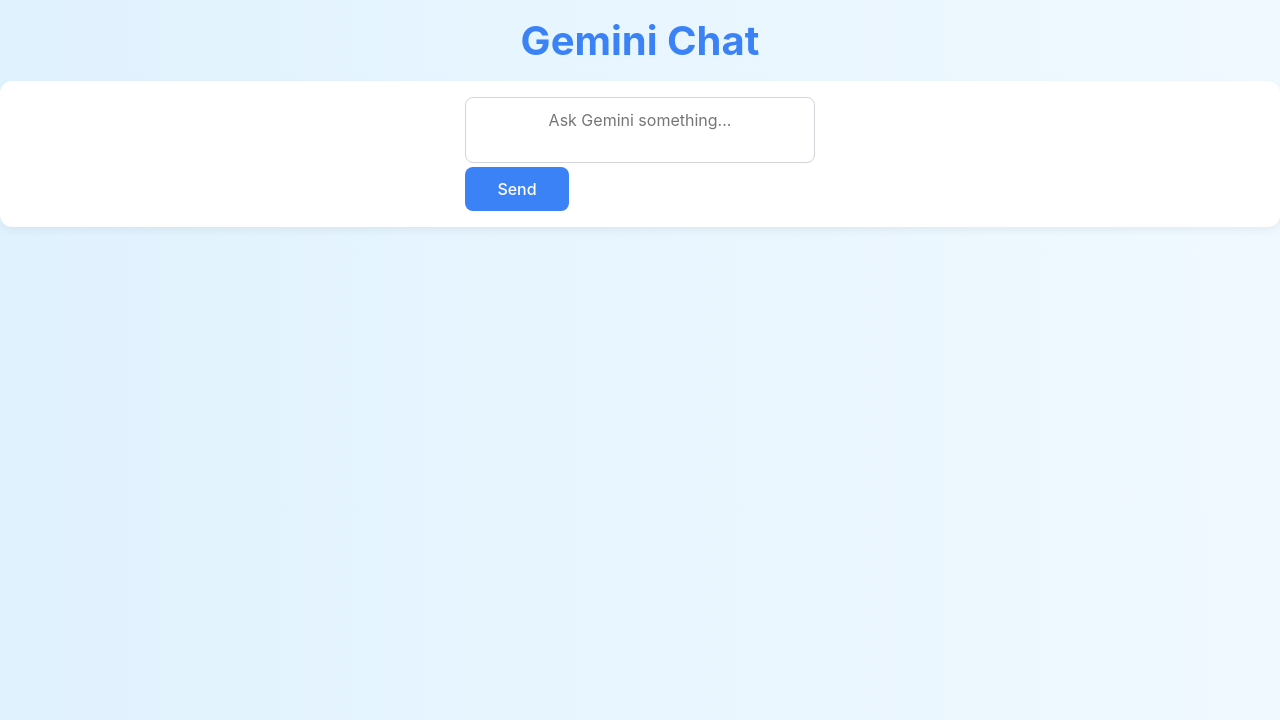
Repository: VanshJaggi12/chatbot1
Page: /
The author's editor kept a copy of each file at every save. The page is drawn from the files as they stood at one save, then again after the next save.
The browser window is 1280 px wide. The pictures show the whole page.
The project was rebuilt for these pictures with package versions that can differ from the ones it lists, and the page was loaded fresh each time. Also part of the build but not shown: vite.config.js.

Above is the page before, as saved 2026-03-11 02:18:02.

After the next save:
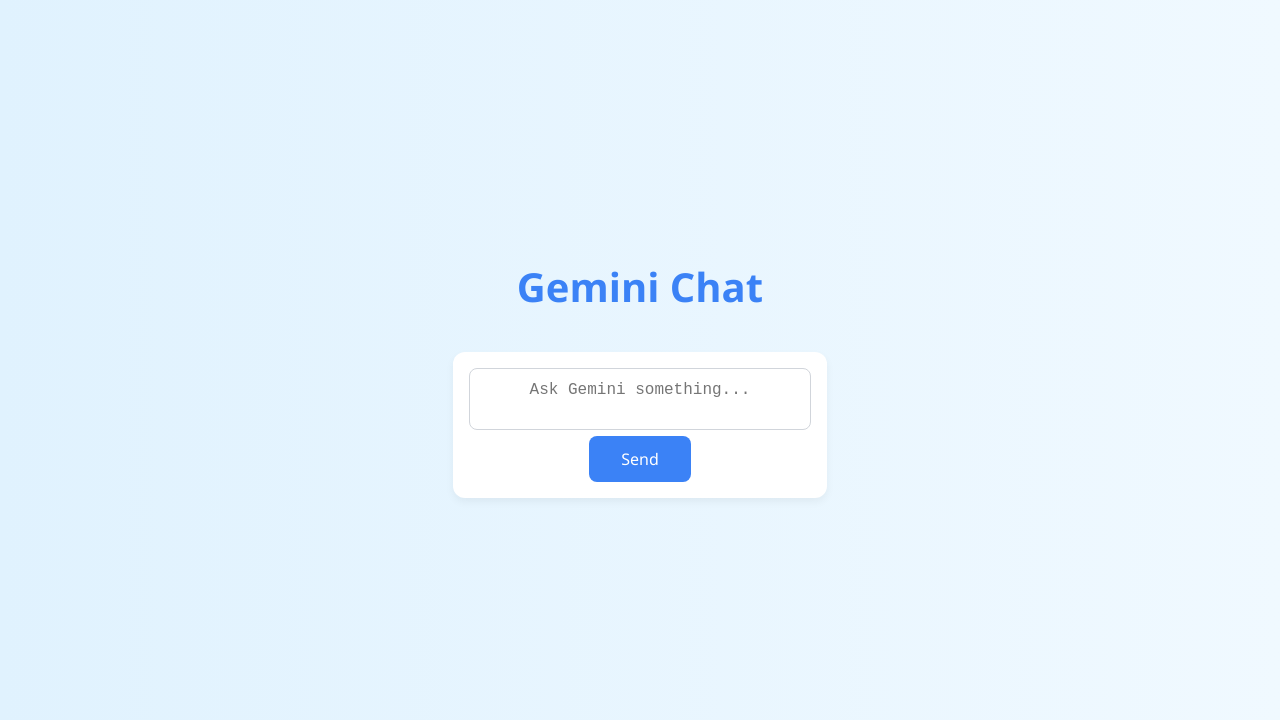
Saved 4 s later.
--- a/src/index.css
+++ b/src/index.css
@@ -1,11 +1,86 @@
-*{
-  margin:0;
-  padding:0;
-  box-sizing:border-box;
-  font-family:"Inter",sans-serif;
+/* index.css (default Vite + React setup) */
+
+#root {
+  max-width: 1280px;
+  margin: 0 auto;
+  padding: 2rem;
+  text-align: center;
 }
 
-body{
-  background:#343541;
-  color:white;
+body {
+  margin: 0;
+  font-family: Inter, system-ui, Avenir, Helvetica, Arial, sans-serif;
+  -webkit-font-smoothing: antialiased;
+  -moz-osx-font-smoothing: grayscale;
+  background-color: #f9f9f9;
+  color: #333;
 }
+
+:root {
+  font-family: system-ui, Avenir, Helvetica, Arial, sans-serif;
+  line-height: 1.5;
+  font-weight: 400;
+
+  color-scheme: light dark;
+  color: rgba(255, 255, 255, 0.87);
+  background-color: #242424;
+
+  font-synthesis: none;
+  text-rendering: optimizeLegibility;
+  -webkit-font-smoothing: antialiased;
+  -moz-osx-font-smoothing: grayscale;
+}
+
+a {
+  font-weight: 500;
+  color: #646cff;
+  text-decoration: inherit;
+}
+a:hover {
+  color: #535bf2;
+}
+
+body {
+  margin: 0;
+  display: flex;
+  place-items: center;
+  min-width: 320px;
+  min-height: 100vh;
+}
+
+h1 {
+  font-size: 3.2em;
+  line-height: 1.1;
+}
+
+button {
+  border-radius: 8px;
+  border: 1px solid transparent;
+  padding: 0.6em 1.2em;
+  font-size: 1em;
+  font-weight: 500;
+  font-family: inherit;
+  background-color: #1a1a1a;
+  cursor: pointer;
+  transition: border-color 0.25s;
+}
+button:hover {
+  border-color: #646cff;
+}
+button:focus,
+button:focus-visible {
+  outline: 4px auto -webkit-focus-ring-color;
+}
+
+@media (prefers-color-scheme: light) {
+  :root {
+    color: #213547;
+    background-color: #ffffff;
+  }
+  a:hover {
+    color: #747bff;
+  }
+  button {
+    background-color: #f9f9f9;
+  }
+}
